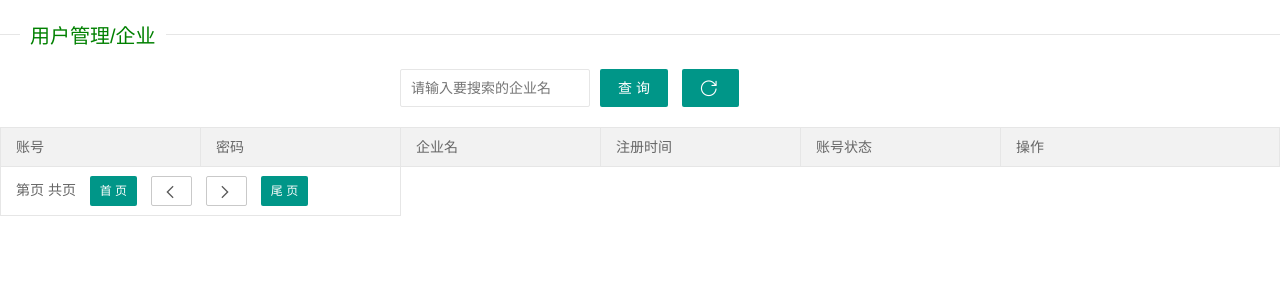
Repository: LongJinhe-coder/java-web-
Page: http://localhost/projectDemo1/checkFirmRegister.jsp
An editor plug-in stored every save of this project. The page is shown before and after the next save, followed by the edit.
The browser window is 1280 px wide. The pictures show the whole page.
The page is served by Tomcat 9. Other server files are loaded and not shown. The template is opened directly, without the code that normally fills it, so the values that code supplies are empty.

Above is the page before, as saved 2020-07-28 12:32:48.
Console error (its wording comes from the project's code and is left out).

### MyEclipse CI/projectDemo1/WebRoot/checkFirmRegister.jsp
<%@ taglib prefix="c" uri="http://java.sun.com/jsp/jstl/core" %>
<%@ page language="java" import="java.util.*" pageEncoding="UTF-8"%>
<%@ page import="com.etc.entity.*" %>
<%
String path = request.getContextPath();
String basePath = request.getScheme()+"://"+request.getServerName()+":"+request.getServerPort()+path+"/";
%>

<!DOCTYPE html>
<html>
<head>
  <meta charset="utf-8">
  <title>企业账号管理</title>
  <meta name="renderer" content="webkit">
  <meta http-equiv="X-UA-Compatible" content="IE=edge,chrome=1">
  <meta name="viewport" content="width=device-width, initial-scale=1, maximum-scale=1">
  <link rel="stylesheet" href="layui/css/layui.css"  media="all">

</head>
<body>
<%
	PageData pagedata = (PageData)request.getAttribute("pagedata");
	//System.out.println("jobSeeker.jsp-userlist="+pagedata.getData());
 %>
 <fieldset class="layui-elem-field layui-field-title" style="margin-top: 20px;">
  <legend align="left" style="color:green;">用户管理/企业</legend>
</fieldset>


 <form class="layui-form"  action="">
  <div class="layui-form-item">
    <div class="layui-inline">
      <div class="layui-input-inline" style="margin-left:400px">
        <input onkeydown="show();" type="text" name="username" autocomplete="off"  id="btn_text" class="layui-input" placeholder="请输入要搜索的企业名">
      </div>
      <div class="layui-input-inline">
       <button type="button" class="layui-btn" id="search_btn" onclick="search()">查 询</button>
      	<button type="button" class="layui-btn" onclick="refresh()"><i class="layui-icon">&#xe669;</i></button>
      </div>
    </div>
    </div>
</form>

<table class="layui-table">
  <colgroup>
    <col width="200">
    <col width="200">
    <col width="200">
    <col width="200">
    <col width="200">
  </colgroup>
  <thead>
    <tr>
      <th>账号</th>
      <th>密码</th>
      <th>企业名</th>
      <th>注册时间</th>
      <th>账号状态</th>
      <th>操作</th>
    </tr>
  </thead>
   <tbody>
  <c:forEach var="firm" items="${pagedata.data}">
  <c:if test="${firm.checkStatus eq '待审核'}">
      <tr>
      <td>${firm.firmAccount}</td>
      <td>${firm.firmPwd}</td>
      <td>${firm.firmName}</td>
      <td>${firm.registerTime}</td>
      <c:if test="${firm.accountStatus eq '正常'}">
      	 <td><font color="green">${firm.accountStatus}</font></td>
      </c:if>
      <c:if test="${firm.accountStatus eq '冻结中'}">
      	 <td><font color="red">${firm.accountStatus}</font></td>
      </c:if>
      <c:if test="${firm.accountStatus eq '正常'}">
      	 <td><button type="button" class="layui-btn" onclick="checkInfo(${firm.firmID})">查看详情</button>
      	 	<button type="button" class="layui-btn layui-btn-warm" onclick="freezingAct(${firm.firmID},${pagedata.pageNo},${pagedata.pageSize})">冻结账号</button>
      		<button type="button" class="layui-btn layui-btn-danger" onclick="deleteAct(${firm.firmID},${pagedata.pageNo},${pagedata.pageSize})">删除账号</button></td>
      </c:if>
     <c:if test="${firm.accountStatus eq '冻结中'}">
      	 <td><button type="button" class="layui-btn" onclick="checkInfo(${firm.firmID})">查看详情</button>
      	 	<button type="button" class="layui-btn layui-btn-normal" onclick="removeFreezing(${firm.firmID},${pagedata.pageNo},${pagedata.pageSize})">解除冻结</button>
      		<button type="button" class="layui-btn layui-btn-danger" onclick="deleteAct(${firm.firmID},${pagedata.pageNo},${pagedata.pageSize})">删除账号</button></td>
      </c:if>
    </tr>
   </c:if>
   </c:forEach>
   <tr>
   		<td colspan="2">
   			第<font color="red">${pagedata.pageNo}</font>页 共<font color="red">${pagedata.totalPage}</font>页
   			<button type="button" class="layui-btn layui-btn-sm" onclick="toFirst(${pagedata.pageNo},${pagedata.pageSize})" style="margin-left:10px">首 页</button>
   			<button type="button" class="layui-btn layui-btn-sm layui-btn-primary" onclick="prePage(${pagedata.pageNo},${pagedata.pageSize})">
			  <i class="layui-icon">&#xe603;</i>
			</button>
			<button type="button" class="layui-btn layui-btn-sm layui-btn-primary" onclick="nextPage(${pagedata.pageNo},${pagedata.pageSize},${pagedata.totalPage})">
			  <i class="layui-icon">&#xe602;</i>
			</button>
   			<button type="button" class="layui-btn layui-btn-sm" onclick="toLast(${pagedata.pageNo},${pagedata.pageSize},${pagedata.totalPage})">尾 页</button>
   		</td>
   </tr>
   </tbody>
</table>
<c:if test="${pagedata.totalPage == 0}">
      	 <center><font size="30px" color="black">没有找到与您搜索相匹配的企业！</font></center>
</c:if>
</body>
<script type="text/javascript">
function checkInfo(firmID){

	location.href="FirmServlet?option=queryByID&firmID="+firmID+"&url=displayFirmResume.jsp";
}

//传pageNo,pageSize是为了删除后回到当前界面
function freezingAct(firmID,pageNo,pageSize){
	location.href="FirmServlet?option=freezingAccount&firmID="+firmID+"&pageNo="+pageNo+"&pageSize="+pageSize+"&url=firmAccount.jsp";
	//alert("账号冻结成功！");
}
function removeFreezing(firmID,pageNo,pageSize){
	location.href="FirmServlet?option=removeFreezing&firmID="+firmID+"&pageNo="+pageNo+"&pageSize="+pageSize+"&url=firmAccount.jsp";
	//alert("解除冻结成功！");
}
function deleteAct(firmID,pageNo,pageSize){
	location.href="FirmServlet?option=deleteAccount&firmID="+firmID+"&pageNo="+pageNo+"&pageSize="+pageSize+"&url=firmAccount.jsp";
}

 //首页
  function toFirst(pageNo,pageSize){
   if(pageNo<=1){
  	return;
  }
  location.href="FirmServlet?option=queryByPage&pageNo=1&pageSize="+pageSize+"&url=firmAccount.jsp";
  }
  function prePage(pageNo,pageSize){
  if(pageNo<=1){
  	alert("当前已是第一页");
  	return;
  }
  	location.href="FirmServlet?option=queryByPage&pageNo="+(pageNo-1)+"&pageSize="+pageSize+"&url=firmAccount.jsp";
  }
  function nextPage(pageNo,pageSize,totalPage){

    if(pageNo>=totalPage){
    	alert("当前已是最后一页");
  		return;
    }
  	location.href="FirmServlet?option=queryByPage&pageNo="+(pageNo+1)+"&pageSize="+pageSize+"&url=firmAccount.jsp";
  }
  function toLast(pageNo,pageSize,totalPage){
  if(pageNo>=totalPage){
  		return;
    }
  	location.href="FirmServlet?option=queryByPage&pageNo="+totalPage+"&pageSize="+pageSize+"&url=firmAccount.jsp";
  }

  function search(){
  var firmname = document.getElementById("btn_text").value;
  if(firmname==null||firmname==""){
  alert("请输入查询的内容！");
  return;
  }
  location.href="FirmServlet?option=queryLikeName&firmname="+firmname+"&url=firmAccount.jsp";
  }

  function refresh(){
  location.href="FirmServlet?option=queryByPage&url=firmAccount.jsp";
  }
   function show () {
      var e=window.event||arguments.callee.caller.arguments[0];
      if(e.keyCode==13){
         event.keyCode = 0;//屏蔽回车键
          event.returnValue = false;
          alert("请点击查询按钮！");
      }
    }


</script>
</html>

Loaded but not shown: MyEclipse CI/projectDemo1/WebRoot/layui/css/layui.css (library)

After the next save:
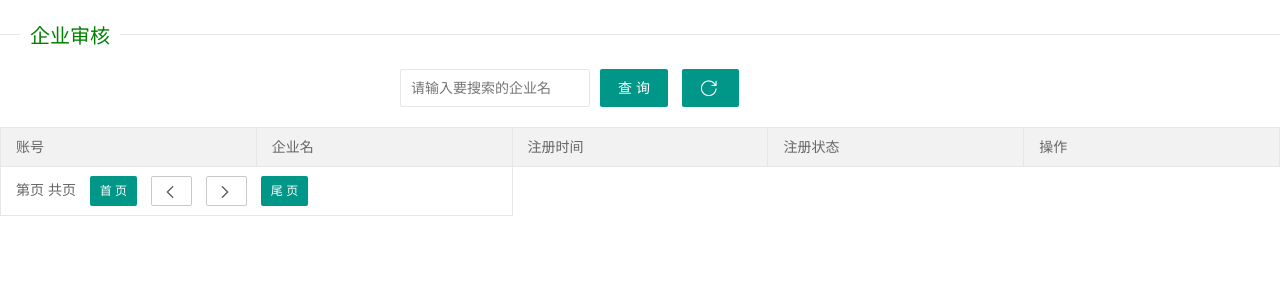
Saved 99 s later.
--- a/MyEclipse CI/projectDemo1/WebRoot/checkFirmRegister.jsp
+++ b/MyEclipse CI/projectDemo1/WebRoot/checkFirmRegister.jsp
@@ -23,7 +23,7 @@ String basePath = request.getScheme()+"://"+request.getServerName()+":"+request.
 	//System.out.println("jobSeeker.jsp-userlist="+pagedata.getData());
  %>
  <fieldset class="layui-elem-field layui-field-title" style="margin-top: 20px;">
-  <legend align="left" style="color:green;">用户管理/企业</legend>
+  <legend align="left" style="color:green;">企业审核</legend>
 </fieldset>
 
 
@@ -52,10 +52,9 @@ String basePath = request.getScheme()+"://"+request.getServerName()+":"+request.
   <thead>
     <tr>
       <th>账号</th>
-      <th>密码</th>
       <th>企业名</th>
       <th>注册时间</th>
-      <th>账号状态</th>
+      <th>注册状态</th>
       <th>操作</th>
     </tr>
   </thead>
